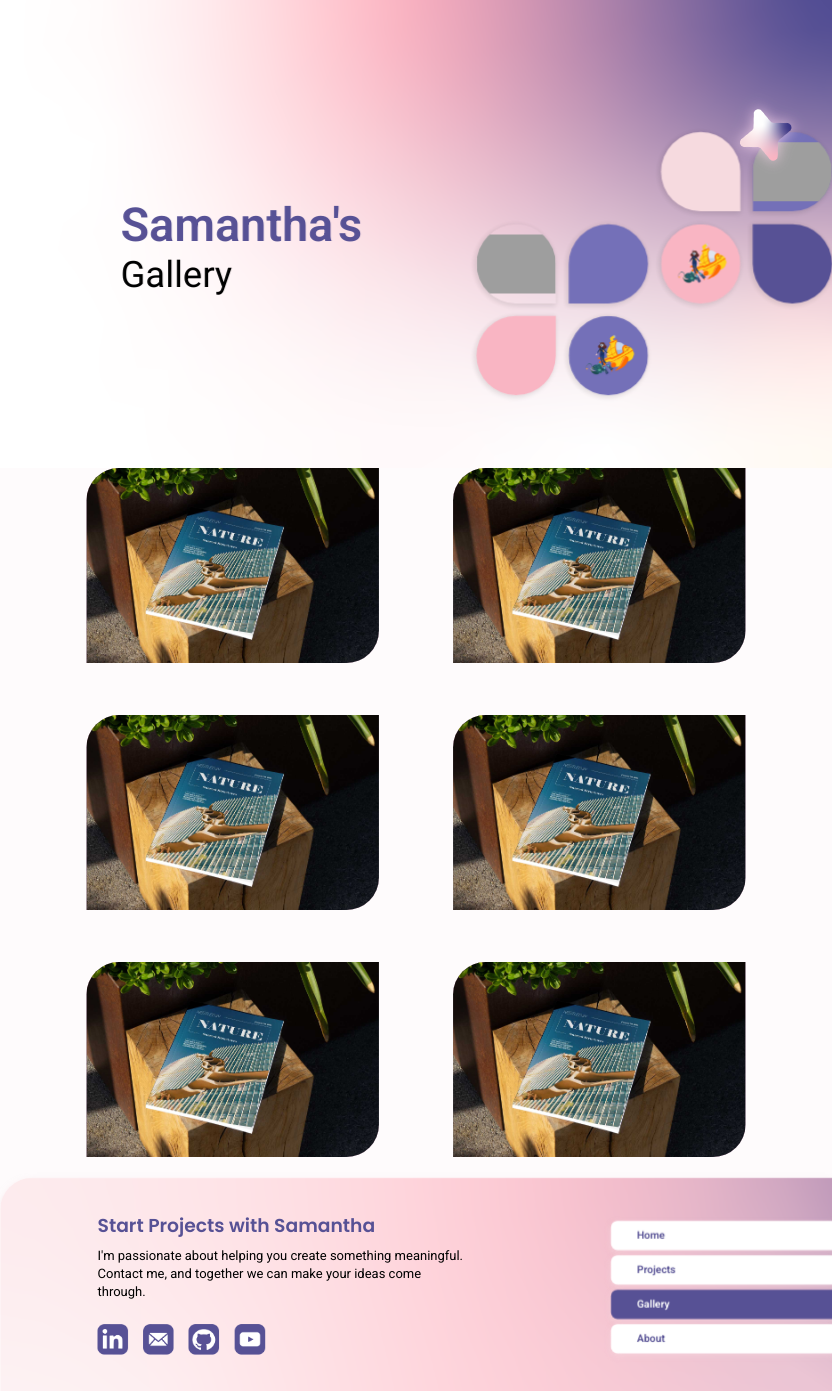
Repository: SamanthaYan298/Samantha-Portfolio
Page: gallery.html
These files come from the project's save history. The page is drawn as it stood at one moment and after the next save; the edit follows.
The browser window is 1280 px wide. The pictures show the whole page, at 65% of full size.
Pictures or frames that could not be fetched are drawn as grey boxes.

Above is the page before, as saved 2025-03-18 12:30:26.

### gallery.html
<!DOCTYPE html>
<html lang="en">
<head>
    <meta charset="UTF-8">
    <meta name="viewport" content="width=device-width, initial-scale=1.0">
    <meta name="description" content="Portfolio of Samantha Yan, a graphic and UI/UX designer specializing in creating meaningful and impactful designs.">
    <meta name="author" content="Samantha Yan">
    <meta name="keywords" content="Samantha Yan, graphic design, UI/UX design, portfolio">

    <title>Yisha Samantha Yan | Gallery</title>
    <link rel="stylesheet" href="./css/gallery.css">

    <!-- Font Embed Code - Roboto -->
    <link rel="preconnect" href="https://fonts.googleapis.com">
    <link rel="preconnect" href="https://fonts.gstatic.com" crossorigin>
    <link href="https://fonts.googleapis.com/css2?family=Roboto:ital,wght@0,100..900;1,100..900&display=swap" rel="stylesheet">

    <!-- Font Embed Code - Poppins -->
    <link rel="preconnect" href="https://fonts.googleapis.com">
    <link rel="preconnect" href="https://fonts.gstatic.com" crossorigin>
    <link href="https://fonts.googleapis.com/css2?family=Poppins:ital,wght@0,100;0,200;0,300;0,400;0,500;0,600;0,700;0,800;0,900;1,100;1,200;1,300;1,400;1,500;1,600;1,700;1,800;1,900&display=swap" rel="stylesheet">
    <link rel="icon" href="./images/favicon.ico" type="image/x-icon">
</head>
<body>
    <!-- <h1>Currently updating my portfolio. Check back soon!</h1> -->
    <header class="navbar">
        <a href="index.html"><img class="logo" alt="logo" src="./images/logo.png" /></a>
        <ul class="nav-links">
            <li><a href="index.html" class="home-link">Home</a></li>
            <li><a href="projects.html" class="projects-link">Projects</a></li>
            <li><a href="gallery.html" class="gallery-link">Gallery</a></li>
            <li><a href="about.html" class="about-link">About</a></li>
        </ul>
    </header>

    <div class="menu">
        <a href="index.html"><img class="menu-logo" alt="logo" src="./images/logo.png" /></a>
        <div class="dropdown-menu">
            <button class="hamburger" onclick="toggleMenu()">
                <img id="menu-icon" alt="Hamburger Menu Icon" src="./images/menu.png" />
            </button>
            <div class="menu-links">
                <ul>
                    <li><a href="index.html">Home</a></li>
                    <li><a href="projects.html" class="projects-link">Projects</a></li>
                    <li><a href="gallery.html" class="gallery-link">Gallery</a></li>
                    <li><a href="about.html" class="about-link">About</a></li>
                </ul>
            </div>
        </div>
    </div>

    <main>
    <section class="banner">
        <div class="about_banner">
            <div class="content">
                <h1><span class="highlight">Samantha's</span><br> Gallery</h1>
                <div class="users-color-container">
                    <div style="visibility: hidden;"></div>
                    <!-- <span class="item" style="--i: 1"></span> -->
                    <span class="item" style="--i: 2"></span>
                    <span class="item" style="--i: 3"></span>
                    <img class="item" id="lady_gif" src="./images/gallery_images/working.svg" style="--i: 4" alt="" />

                    <img class="item" id="lady_gif" src="./images/gallery_images/drawing.svg" style="--i: 10" alt="" />
                    <span class="item" style="--i: 11"></span>
                    <img class="item" id="lady_gif" src="./images/glowfish_images/ebook_cover.webp" style="--i: 12" alt="" />
                    <span class="item" style="--i: 5"></span>

                    <span class="item" style="--i: 9"></span>
                    <img class="item" id="lady_gif" src="./images/glowfish_images/ebook_cover.webp" style="--i: 8" alt="" />
                    <!-- <span class="item" style="--i: 7"></span> -->
                    <div style="visibility: hidden;"></div>
                    <img class="item" id="lady_gif" src="./images/glowfish_images/ebook_cover.webp" style="--i: 6" alt="" />
                </div>
            </div>
        </div>
        <div class="elements">
            <img alt="stars" class="star_small" src="./images/star_small.png"/>
        </div>
    </section>

    <section class="main-content">
        <div class="curve-section">
            <div class="curve"></div>
        </div>
    </section>

    <div class="grid">
        <div class="grid_row">
            <div class="card" id="card-1" onclick="openGallery(1)">
                <div class="card_thumb">
                    <div class="card_shadow"></div>
                    <div class="card_shadow"></div>
                    <div class="card_shadow"></div>
                    <div class="card_image" style="background-image: url(/images/magazine_images/cover_mockup.jpg)"></div>
                </div>
                <div class="card_explore"><span>Explore More</span></div>
            </div>
        </div>

        <div class="grid_row">
            <div class="card" id="card-2" onclick="openGallery(1)">
                <div class="card_thumb">
                    <div class="card_shadow"></div>
                    <div class="card_shadow"></div>
                    <div class="card_shadow"></div>
                    <div class="card_image" style="background-image: url(/images/magazine_images/cover_mockup.jpg)"></div>
                </div>
                <div class="card_explore"><span>Explore More</span></div>
            </div>
        </div>

        <div class="grid_row">
            <div class="card" id="card-3" onclick="openGallery(1)">
                <div class="card_thumb">
                    <div class="card_shadow"></div>
                    <div class="card_shadow"></div>
                    <div class="card_shadow"></div>
                    <div class="card_image" style="background-image: url(/images/magazine_images/cover_mockup.jpg)"></div>
                </div>
                <div class="card_explore"><span>Explore More</span></div>
            </div>
        </div>

        <div class="grid_row">
            <div class="card" id="card-4" onclick="openGallery(1)">
                <div class="card_thumb">
                    <div class="card_shadow"></div>
                    <div class="card_shadow"></div>
                    <div class="card_shadow"></div>
                    <div class="card_image" style="background-image: url(/images/magazine_images/cover_mockup.jpg)"></div>
                </div>
                <div class="card_explore"><span>Explore More</span></div>
            </div>
        </div>

        <div class="grid_row">
            <div class="card" id="card-5" onclick="openGallery(1)">
                <div class="card_thumb">
                    <div class="card_shadow"></div>
                    <div class="card_shadow"></div>
                    <div class="card_shadow"></div>
                    <div class="card_image" style="background-image: url(/images/magazine_images/cover_mockup.jpg)"></div>
                </div>
                <div class="card_explore"><span>Explore More</span></div>
            </div>
        </div>

        <div class="grid_row">
            <div class="card" id="card-6" onclick="openGallery(1)">
                <div class="card_thumb">
                    <div class="card_shadow"></div>
                    <div class="card_shadow"></div>
                    <div class="card_shadow"></div>
                    <div class="card_image" style="background-image: url(/images/magazine_images/cover_mockup.jpg)"></div>
                </div>
                <div class="card_explore"><span>Explore More</span></div>
            </div>
        </div>
    </div>

    <div id="gallery_1" class="gallery">
        <div class="gallery_header">
            <a class="gallery_close" onclick="closeAll()">×</a>
        </div>
        <div class="gallery_images">
            <div class="gallery_left">
                <h1 id="gallery_title">Gallery Title</h1>
                <p id="gallery_description">Descriptions</p>
            </div>
            <div id="gallery_image" style="background-image: url(/images/magazine_images/laptop.jpg)" onclick="resetGallery1()"></div>
        </div>
        <div class="small_images">
            <img src="./images/magazine_images/first_page.jpg" alt="new" onclick="updateGallery('Gallery Title 1', 'This is a description for image 1', '/images/magazine_images/first_page.jpg')"/>
            <img src="./images/magazine_images/cover_mockup.jpg" alt="new" onclick="updateGallery('Gallery Title 2', 'This is a description for image 2', '/images/magazine_images/cover_mockup.jpg')"/>
            <img src="./images/magazine_images/tablet.jpg" alt="new" onclick="updateGallery('Gallery Title 3', 'This is a description for image 3', '/images/magazine_images/tablet.jpg')"/>
        </div>
    </div>

    <div class="floating-star" onclick="scrollToTop()">
        <img src="./images/back.png" alt="Back To Top Button"/>
    </div>

    </main>

    <footer class="footer">
        <div class="footer-content">
            <h2 class="footer-title">Start Projects with Samantha</h2>
            <p>
                I'm passionate about helping you create something meaningful. Contact me,
                and together we can make your ideas come through.
            </p>
          <div class="footer-icons">
            <a href="https://www.linkedin.com/in/samantha-yyan/" target="_blank" rel="noopener noreferrer">
              <img src="./images/linkedin.png" alt="LinkedIn Icon" />
            </a>
            <a href="mailto:yisha-y@hotmail.com" aria-label="Send me an email">
              <img src="./images/email.png" alt="Email Icon" />
            </a>
            <a href="https://github.com/SamanthaYan298" target="_blank" rel="noopener noreferrer">
                <img src="./images/github.png" alt="Github Icon" />
            </a>
            <a href="https://www.youtube.com/playlist?list=PLrgL16kwFm-0g5pzTNWgt6QvwPB_-rD5s" target="_blank" rel="noopener noreferrer">
                <img src="./images/youtube.png" alt="Youtube Icon" />
            </a>
          </div>
        </div>
        <nav class="footer-nav">
            <ul>
            <li><a href="index.html" class="home-link glow-button">Home</a></li>
            <li><a href="projects.html" class="projects-link glow-button">Projects</a></li>
            <li><a href="gallery.html" class="gallery-link glow-button">Gallery</a></li>
            <li><a href="about.html" class="about-link glow-button">About</a></li>
            </ul>
        </nav>
      </footer>

    <script src="./js/gallery.js"></script>
</body>
</html>

Loaded but not shown: js/gallery.js (126 lines, source omitted); css/gallery.css (1431 lines, source omitted)

After the next save:
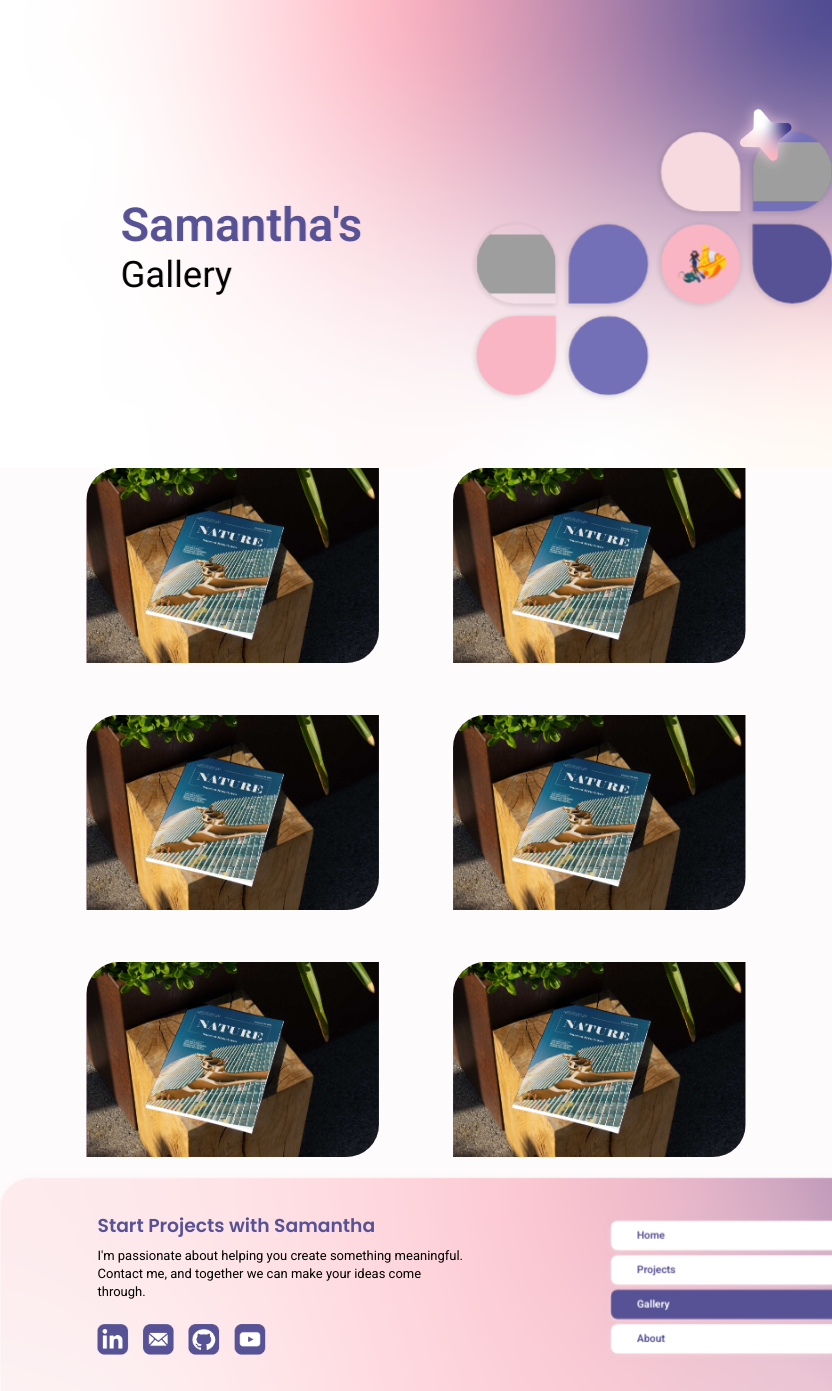
Not found: images/gallery_images/dog_person.svg
Saved 12 h 19 min later.
--- a/gallery.html
+++ b/gallery.html
@@ -68,7 +68,7 @@
                     <span class="item" style="--i: 5"></span>
 
                     <span class="item" style="--i: 9"></span>
-                    <img class="item" id="lady_gif" src="./images/glowfish_images/ebook_cover.webp" style="--i: 8" alt="" />
+                    <img class="item" id="lady_gif" src="./images/gallery_images/dog_person.svg" style="--i: 8" alt="" />
                     <!-- <span class="item" style="--i: 7"></span> -->
                     <div style="visibility: hidden;"></div>
                     <img class="item" id="lady_gif" src="./images/glowfish_images/ebook_cover.webp" style="--i: 6" alt="" />
